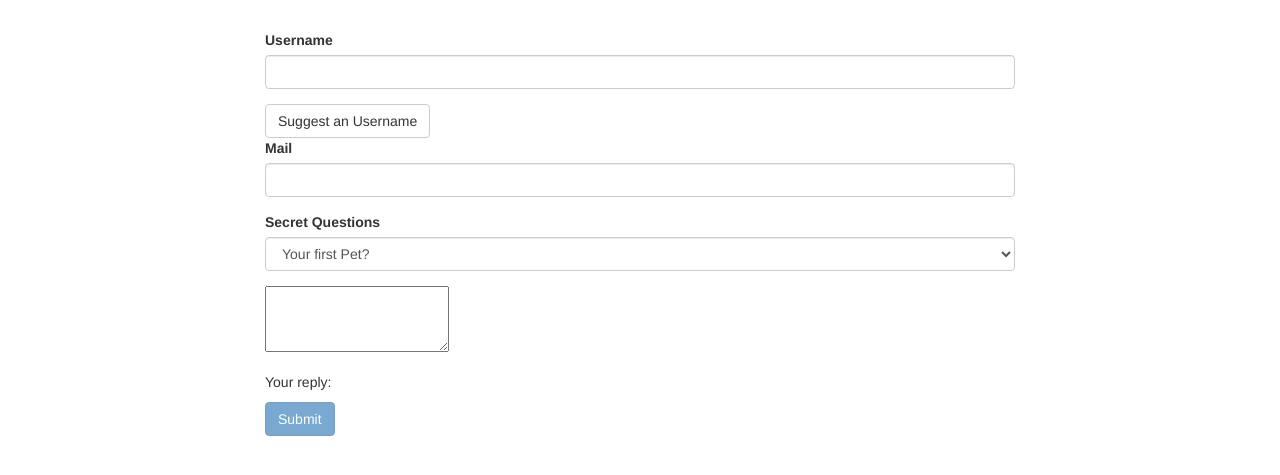
Repository: NikitasX/AngularCourse
Page: / (app in forms-start/)
These files come from the project's save history. The page is drawn as it stood at one moment and after the next save; the edit follows.
The browser window is 1280 px wide. The pictures show the whole page.
The project was rebuilt for these pictures with package versions that can differ from the ones it lists, and the page was loaded fresh each time. Also part of the build but not shown: forms-start/angular.json.

Above is the page before, as saved 2020-09-25 15:46:23.

### forms-start/src/app/app.component.ts
import { Component, ViewChild } from '@angular/core';
import { NgForm } from '@angular/forms';

@Component({
  selector: 'app-root',
  templateUrl: './app.component.html',
  styleUrls: ['./app.component.css']
})
export class AppComponent {
@ViewChild('f') signupForm:NgForm;
defaultQuestion = 'pet';

  suggestUserName() {
    const suggestedName = 'Superuser';
  }

  // onSubmit(form: NgForm) {
  //   console.log(form);
  // }

  onSubmit() {
    console.log(this.signupForm);
  }
}

### forms-start/src/app/app.component.html
<div class="container">
  <div class="row">
    <div class="col-xs-12 col-sm-10 col-md-8 col-sm-offset-1 col-md-offset-2">
      <form (ngSubmit)="onSubmit()" #f="ngForm">
        <div id="user-data">
          <div class="form-group">
            <label for="username">Username</label>
            <input
              type="text"
              id="username"
              class="form-control"
              ngModel
              name="username"
              required>
          </div>
          <button class="btn btn-default" type="button">Suggest an Username</button>
          <div class="form-group">
            <label for="email">Mail</label>
            <input
              type="email"
              id="email"
              class="form-control"
              ngModel
              name="email"
              required
              email
              #email="ngModel">
             <span
              class="help-block"
              *ngIf="!email.valid && email.touched">
                Please enter a valid email!
              </span>
          </div>
        </div>
        <div class="form-group">
          <label for="secret">Secret Questions</label>
          <select
            id="secret"
            class="form-control"
            [ngModel]="defaultQuestion"
            name="secret">
            <option value="pet">Your first Pet?</option>
            <option value="teacher">Your first teacher?</option>
          </select>
        </div>
        <div class="form-group">
          <textarea
          name="questionAnswer"
          rows="3"
          ngModel></textarea>
        </div>
        <p>Your reply: {{ answer }}</p>
        <button
          class="btn btn-primary"
          type="submit"
          [disabled]="!f.valid">Submit</button>
      </form>
    </div>
  </div>
</div>

Loaded but not shown: forms-start/src/index.html (common file); forms-start/src/styles.css (common file); forms-start/src/main.ts (common file); forms-start/src/app/app.module.ts (common file); forms-start/src/environments/environment.ts (common file); forms-start/src/app/app.component.css (common file)

After the next save:
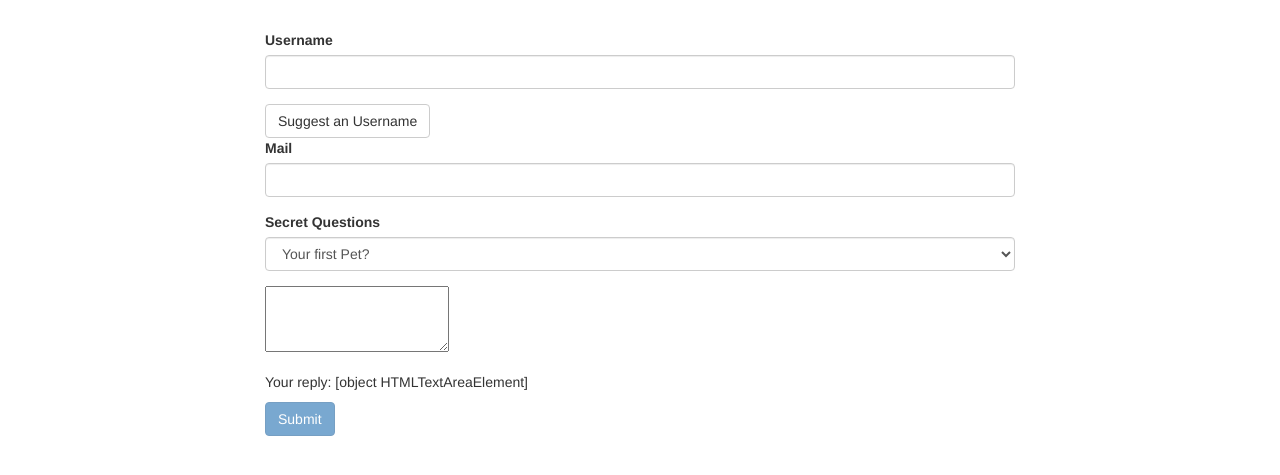
Saved 5 s later.
--- a/forms-start/src/app/app.component.html
+++ b/forms-start/src/app/app.component.html
@@ -47,7 +47,8 @@
           <textarea
           name="questionAnswer"
           rows="3"
-          ngModel></textarea>
+          ngModel
+          #answer></textarea>
         </div>
         <p>Your reply: {{ answer }}</p>
         <button
